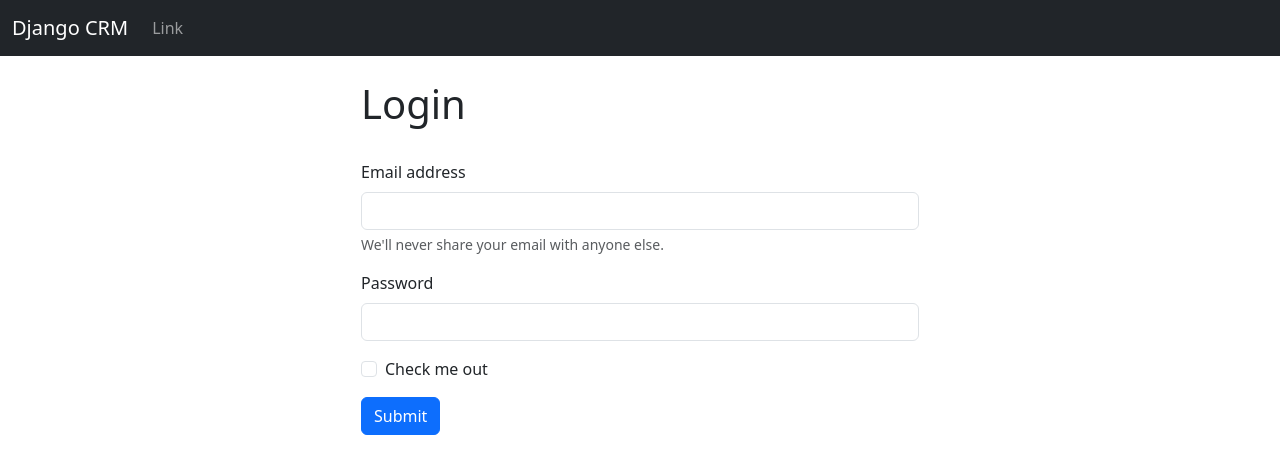
Repository: huutamcode/Thunghiem-CRM
Page: dcrm/website/templates/home.html
These files come from the project's save history. The page is drawn as it stood at one moment and after the next save; the edit follows.
The browser window is 1280 px wide. The pictures show the whole page.
The template is drawn by Django 4.2. The application's start-up code is not run. The template is opened directly, without the code that normally fills it, so the values that code supplies are empty.

Above is the page before, as saved 2023-11-13 15:11:42.

After the next save:
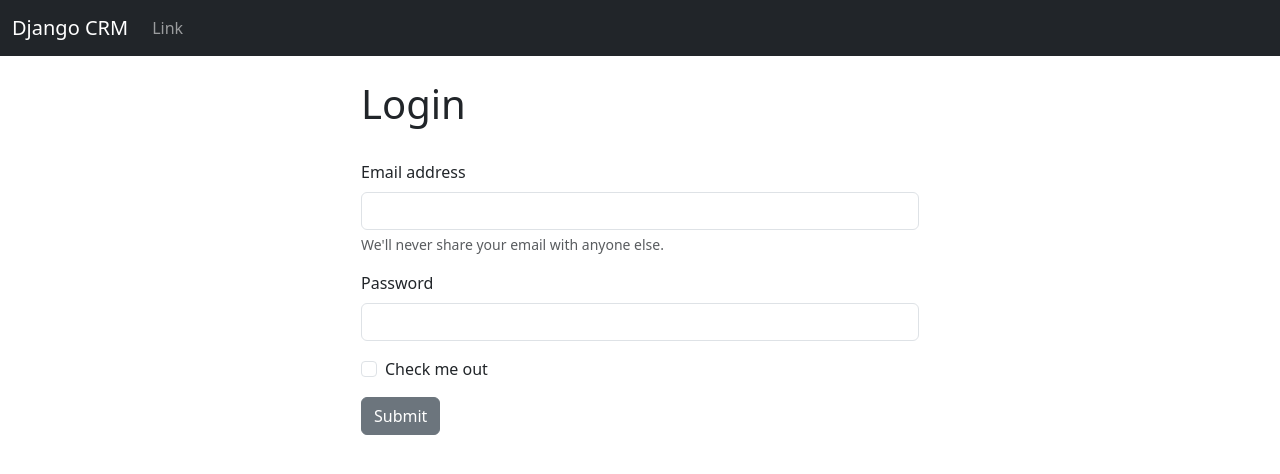
Saved 105 s later.
--- a/dcrm/website/templates/home.html
+++ b/dcrm/website/templates/home.html
@@ -23,7 +23,7 @@
             <input type="checkbox" class="form-check-input" id="exampleCheck1">
             <label class="form-check-label" for="exampleCheck1">Check me out</label>
         </div>
-        <button type="submit" class="btn btn-primary">Submit</button>
+        <button type="submit" class="btn btn-secondary">Submit</button>
     </form>
 
 </form>
